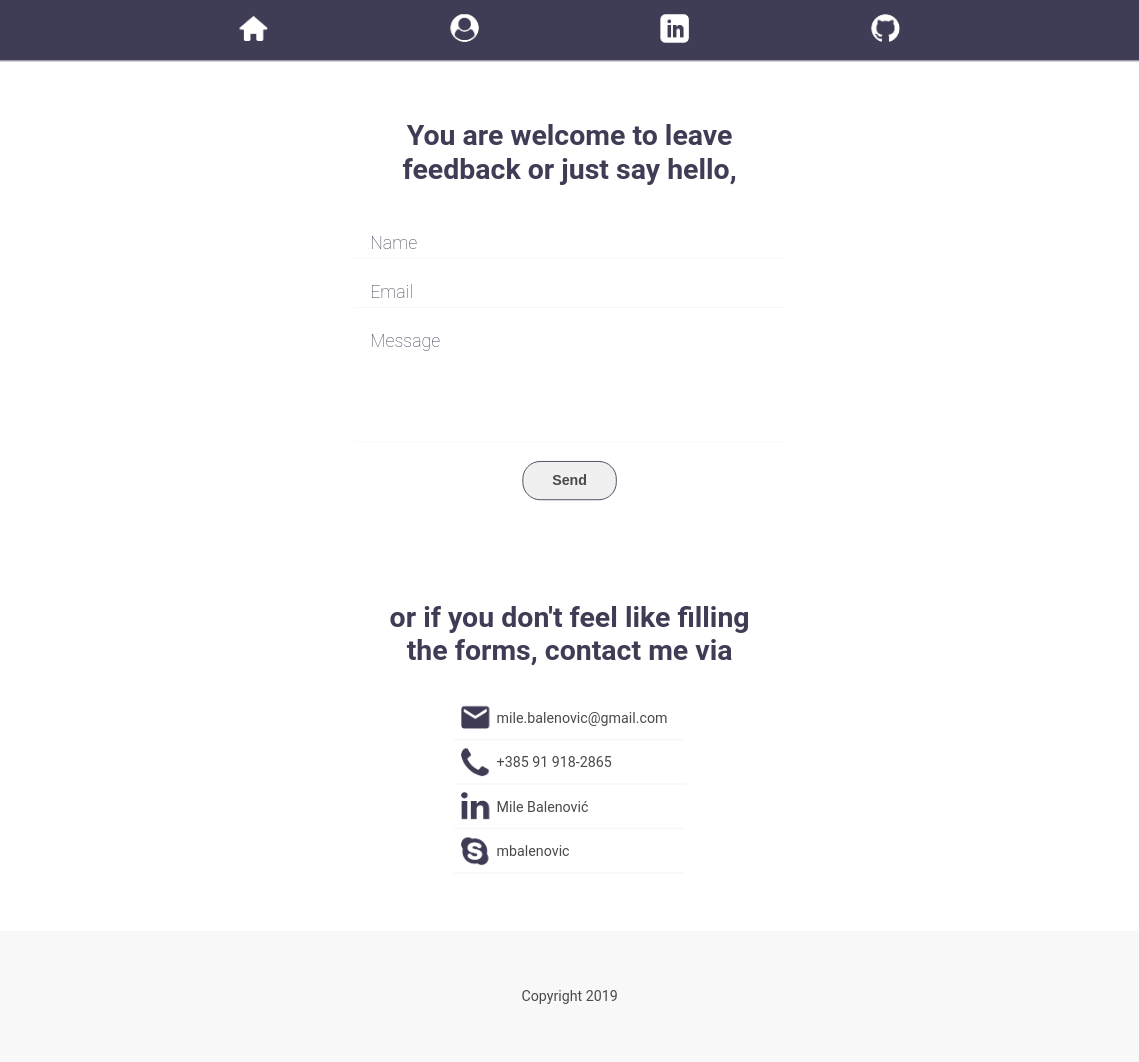
Repository: milac0/my-website
Page: /contact
The author's editor kept a copy of each file at every save. The page is drawn from the files as they stood at one save, then again after the next save.
The browser window is 1280 px wide. The pictures show the whole page, at 89% of full size.
The project was rebuilt for these pictures with package versions that can differ from the ones it lists, and the page was loaded fresh each time. Also part of the build but not shown: src/components/Hero.js, src/components/AboutMe.js, src/components/Education.js, src/components/Experience.js, src/components/Projects.js, src/components/SectionCTA.js, src/pages/Home.js. Imported but missing from the stored project, and not drawn on this page: src/resume.pdf.

Above is the page before, as saved 2019-10-24 14:38:14.

### public/index.html
<!DOCTYPE html>
<html lang="en">
  <head>
    <meta charset="utf-8" />
    <link rel="icon" href="%PUBLIC_URL%/favicon.ico" />
    <meta name="viewport" content="width=device-width, initial-scale=1" />
    <meta name="theme-color" content="#000000" />
    <meta
      name="description"
      content="Web site created using create-react-app"
    />
    <!--
      manifest.json provides metadata used when your web app is installed on a
      user's mobile device or desktop. See https://developers.google.com/web/fundamentals/web-app-manifest/
    -->
    <link rel="manifest" href="%PUBLIC_URL%/manifest.json" />
    <!--
      Notice the use of %PUBLIC_URL% in the tags above.
      It will be replaced with the URL of the `public` folder during the build.
      Only files inside the `public` folder can be referenced from the HTML.

      Unlike "/favicon.ico" or "favicon.ico", "%PUBLIC_URL%/favicon.ico" will
      work correctly both with client-side routing and a non-root public URL.
      Learn how to configure a non-root public URL by running `npm run build`.
    -->
    <title>Mile Balenovic</title>
  </head>
  <body>
    <noscript>You need to enable JavaScript to run this app.</noscript>
    <div id="root"></div>
    <!--
      This HTML file is a template.
      If you open it directly in the browser, you will see an empty page.

      You can add webfonts, meta tags, or analytics to this file.
      The build step will place the bundled scripts into the <body> tag.

      To begin the development, run `npm start` or `yarn start`.
      To create a production bundle, use `npm run build` or `yarn build`.
    -->
  </body>
</html>

### src/index.css
html, body {
  height: 100%;
}

body {
  display: flex;
  flex-direction: column;
}

body {
  margin: 0;
  font-family: 'Roboto', sans-serif;
  -webkit-font-smoothing: antialiased;
  -moz-osx-font-smoothing: grayscale;
}

/*****
  Navbar & Hero
*****/

header,
.hero {
  /* background: #1f2e3f; */
  /* background: #19427A; */
  background:#3F3D56;
  border-bottom: 0.1px solid #ffffff;
  text-align: center;
}

.hero {
  margin-bottom: 2em;
}

.container {
  width: 90%;
  max-width: 1200px;
  margin: 0 auto;
}

nav li {
  list-style: none;
  display: flex;
  justify-content: space-evenly;
  align-items: center;
}

.nav-item:hover {
  filter: invert(0.1);
}
nav ul {
  padding: 0;
}

.hero {
  margin-bottom: 2.5em;
}

.hero-profile {
  padding: 3em 0;
}

.hero-profile img {
  margin-bottom: 0.5em;
}

.hero-profile-title,
.hero-profile-subtitle {
  color: #ffffff;
}

.hero-profile h1 {
  margin: 0;
  font-size: 2rem;
}

.hero-profile p {
  font-size: 1rem;
  margin: 0;
  margin-top: -0.25rem;
  margin-bottom: 1.5em;
}

.hero-profile-subtitle strong {
  font-weight: 700;
  color: #61dafb;
}

.button-cta,
.button-home {
  /* background: #F16334; */
  background: #00AEA0;
  color: #1f2e3f;
  padding: 0.75em 2em;
  border: none;
  border-radius: 20px;
  font-size: 1rem;
  font-weight: 700;
  text-decoration: none;
}

.button-cta:hover,
.button-cta:focus {
  /* background: #ed4d1c; */
  background: #00C1B1;
  color: #1f2e3f;
  cursor: pointer;
}

.button-home {
  background: #ffffff;
  border: 2px solid #1f2e3f;
  padding: 0.3em 1em;
}

.button-home:hover,
.button-home:focus {
  border: 2px solid #ffffff;
 filter: invert(0.1);
}


/*****
  Typography
*****/

h1 {
  color: #3F3D56;
}

h2 {
  color: #3F3D56;
  font-size: 1.5rem;
  font-weight: 500;
  margin: 0;
}

p,
ul {
  color: #4a4a4a;
}

.section-skill h2 {
  color: #1F2E3F;
  font-size: 1.25rem;
  font-weight: 400;
  margin: 0;
}

.section-body {
  font-size: 1rem;
  margin-bottom: 1em;
}

#section-cta .section-title,
#section-cta .section-body {
  color: #ffffff;

}

/*****
  Layout
*****/
section {
  margin-bottom: 2.5em;
}

.section-title {
  border-bottom: 2px solid #F8F8F9;
  font-size: 2rem;
  padding-bottom: 0.5em;
}

.article-education,
.section-skill {
  box-shadow: 2px 2px #F8F8F9;
  border: 2px solid #F8F8F9;
  /* background: #fafafa; */
  margin-bottom: 1em;
  padding: 0.5em;
}

.article-education li{
  margin-bottom: 0.5em;
}

.section-skill {
  background: #F8F8F9;
  text-align: center;
}

.section-skill p {
  margin: 0;
}

.section-skill-image {
  display: block;
  margin: 0 auto 1em auto;
  width: 70%;
}

article {
  background: #F8F8F9;
  padding: 1em;
  margin-bottom: 1em;
}

article h2 {
  margin-bottom: 0.5em;
}

.project-image {
  display: block;
  width: 100%;
  cursor: pointer;
  border-left: 1px solid #19427A;
  border-bottom: 1px solid #19427A;
  border-radius: 0 0 0 5px;
}

.project-image:hover {
  filter: invert(0.1);
}


#section-cta {
  padding-bottom: 5em;
  background: #3F3D56;
}

#section-cta{
  text-align: center;
  padding: 0.5em;
}

#section-cta .button-cta {
  margin: 1em 0 2em 0;
}

footer {
  background: #F8F8F9;
  padding: 3em 0;
  width: 100%;
  text-align: center;
  flex-shrink: 0;
}

.invalid-feedback {
  color: #D8000C;
  font-size: 0.75rem;
  font-family: 'Roboto', sans-serif;
}

### src/App.js
import React from 'react';
import {
  BrowserRouter as Router,
  Switch,
  Route,
} from "react-router-dom";
import Home from './pages/Home'
import Contact from './pages/Contact';

function App() {
  return (
      <Router>
        <Switch>
        <Route path ="/" exact component={Home} />
        <Route path ="/contact" component={Contact} />
        </Switch>
      </Router>

  );
}

export default App;

### src/pages/Contact.js
import React, { Fragment } from "react";
import Navbar from "../components/Navbar";
import Footer from "../components/Footer";
import FormContact from '../components/FormContact'
import styles from "./contact.module.css";

import skypeIcon from "../images/skype.png";
import mailIcon from "../images/mail.png";
import linkedinIcon from "../images/linkedin-contact.png";
import phoneIcon from "../images/phone.png";

const Contact = () => {
  return (
    <Fragment>
      <Navbar />
      <main>
        <div className={styles.container}>
            <h1 className={styles.contactTitle}>
              You are welcome to leave feedback or just say hello,
            </h1>
          <section>
            <FormContact />
          </section>
          <section className={styles.otherContacts}>
            <h1 className={styles.contactTitle}>or if you don't feel like filling the forms, contact me via</h1>
            <ul className={styles.contacts}>
              <li>
                <a className={styles.contactItem} href="mailto:mile.balenovic@gmail.com?Subject=Hello">
                  <img src={mailIcon} alt="github" />
                  <span className={styles.contactBody}>mile.balenovic@gmail.com</span>
                </a>
              </li>
              <li>
                <a className={styles.contactItem} href="tel:00385919182865">
                  <img src={phoneIcon} alt="phone" />
                  <span className={styles.contactBody}>+385 91 918-2865</span>
                </a>
              </li>
              <li>
                <a className={styles.contactItem} href="https://www.linkedin.com/in/mile-balenovi%C4%87-a4ab9188/">
                  <img src={linkedinIcon} alt="linkedin" />
                  <span className={styles.contactBody}>Mile Balenović</span>
                </a>
              </li>
              <li>
                <a className={styles.contactItem} href="skype:mbalenovic?chat">
                  <img src={skypeIcon} alt="skype" />
                  <span className={styles.contactBody}>mbalenovic</span>
                </a>
              </li>
            </ul>
          </section>
        </div>
      </main>
      <Footer />
    </Fragment>
  );
};

export default Contact;

### src/components/Navbar.js
import React from "react";
import { Link } from "react-router-dom";

import resumeIcon from "../images/resume.png";
import linkedinIcon from "../images/linkedin.png";
import githubIcon from "../images/github.png";
import homeIcon from "../images/home.png";
import resumePdf from "../resume.pdf";

//mui
import Tooltip from "@material-ui/core/Tooltip";

const Navbar = () => {
  return (
    <header>
      <div className="container">
        <nav>
          <li>
            <ul>
              <Tooltip title="Home">
                <Link to="/">
                  <img className="nav-item" src={homeIcon} alt="home" />
                </Link>
              </Tooltip>
            </ul>
            <ul>
              <Tooltip title="Resume">
                <a href={resumePdf} download target="_self">
                  <img className="nav-item" src={resumeIcon} alt="resume" />
                </a>
              </Tooltip>
            </ul>
            <ul>
              <Tooltip title="Linkedin">
                <a href="https://www.linkedin.com/in/mile-balenovi%C4%87-a4ab9188/">
                  <img className="nav-item" src={linkedinIcon} alt="linkedin" />
                </a>
              </Tooltip>
            </ul>
            <ul>
              <Tooltip title="Github">
                <a href="https://github.com/milac0">
                  <img className="nav-item" src={githubIcon} alt="github" />
                </a>
              </Tooltip>
            </ul>
          </li>
        </nav>
      </div>
    </header>
  );
};

export default Navbar;

### src/components/Footer.js
import React from "react";

const Footer = () => {
  return (
    <footer>
      <p> Copyright 2019</p>
    </footer>
  );
};

export default Footer;

### src/components/FormContact.js
import React, { useState, Fragment } from "react";
import { Formik, Form, Field, ErrorMessage } from "formik";
import * as Yup from "yup";
import emailjs from "emailjs-com";

import styles from "./formContact.module.css";

const FormContact = ({ theme }) => {
  const [description, setDescription] = useState("");
  const [loading, setLoading] = useState(false);

  return (
    <Formik
      initialValues={{
        name: "",
        message: "",
        email: ""
      }}
      validationSchema={Yup.object().shape({
        name: Yup.string().required("Name is required"),
        message: Yup.string().required("Message is required"),
        email: Yup.string()
          .email("Email is invalid")
          .required("Email is required")
      })}
      onSubmit={({ name, message, email }, { resetForm }) => {
        setLoading(true);
        emailjs
          .send(
            "gmail_mile_balenovic",
            "template_kfALJkSq",
            { name, email, message },
            process.env.REACT_APP_API_KEY
          )
          .then(response => {
            if (response.status === 200) {
              setLoading(false);
              setDescription(`Hear you soon!`);
              resetForm();
            } else {
              setLoading(true);
              setDescription(`Something went wrong. Try contacts bellow!`);
            }
          })
          .catch(err => console.log(err));
      }}
      render={({ errors, status, touched }) => (
        <Fragment>
          <Form>
            <div className="form-group">
              <Field
                name="name"
                placeholder="Name"
                type="text"
                className={
                  "form-control" +
                  (errors.name && touched.name ? " is-invalid" : "")
                }
              />
              <ErrorMessage
                name="name"
                component="div"
                className="invalid-feedback"
              />
            </div>
            <div className="form-group">
              <Field
                name="email"
                placeholder="Email"
                type="text"
                className={
                  "form-control" +
                  (errors.email && touched.email ? " is-invalid" : "")
                }
              />
              <ErrorMessage
                name="email"
                component="div"
                className="invalid-feedback"
              />
            </div>
            <div className="form-group">
              <Field
                name="message"
                placeholder="Message"
                type="text"
                component="textarea"
                rows="5"
                className={
                  "form-control" +
                  (errors.message && touched.message ? " is-invalid" : "")
                }
              />
              <ErrorMessage
                name="message"
                component="div"
                className="invalid-feedback"
              />
            </div>

            <div className="form-group">
              <button type="submit" className={styles.buttonSubmit}>
                {loading ? "Sending..." : "Send"}
              </button>
            </div>
          </Form>
          <p className={styles.description}>{description}</p>
        </Fragment>
      )}
    />
  );
};
export default FormContact;

### src/pages/contact.module.css
span {
    color: #4a4a4a;
    font-size: 1rem;
}

.container {
    width: 90%;
    max-width: 560px;
    margin: 0 auto;
    text-align: center;
}

.contacts {
    list-style: none;
    padding-left: 0;
    width: 260px;
    margin: 0 auto 4em auto;
}

.contactItem {
    text-decoration: none;
    padding: 0.5em;
    display: flex;
    justify-content: flex-start;
    align-items: center;
    border-bottom: 2px solid #F8F8F9;
}

.contactTitle {
    margin: 2em;
    margin-bottom: 1em;
}

.contactBody {
    padding: 0 0.5em;
}

.otherContacts .contactTitle {
    margin-top: 3em;
    font-size: 2rem;
}

### src/components/formContact.module.css
.buttonSubmit {
  position: relative;
  margin: 1em;
  border-radius: 5px;
  background: #f0f0f0;
  color: #4a4a4a;
  padding: 0.75em 2em;
  border: 1px solid #3f3d56;
  border-radius: 20px;
  font-size: 1rem;
  font-weight: 700;
  text-decoration: none;
}

.buttonSubmit:hover,
.buttonSubmit:focus {
  color: #ffffff;
  cursor: pointer;
  background: #3f3d56;
}

input,
textarea {
  max-width: 480px;
  width: 80%;
  display: block;
  padding: 1em;
  padding-bottom: 0.25em;
  margin: 0.25em auto;
  border: none;
  border-bottom: 1px solid #F8F8F9;
  resize: none;
}

input[type="text"],
textarea[type="text"] {
  color: #3F3D56;
  font-size: 1.25rem;
  font-weight: 400;
  font-family: "Roboto", sans-serif;
}

input::placeholder,
textarea::placeholder {
  color: #3F3D56;
  font-size: 1.25rem;
  font-weight: 200;
  font-family: "Roboto", sans-serif;
}

.description {
  color: #3F3D56;
  font-size: 1.25rem;
  font-weight: 700;
  margin: 0;
}

.progress {
  position: absolute;
  background: #ffffff;
}

Loaded but not shown: src/index.js (common file)

After the next save:
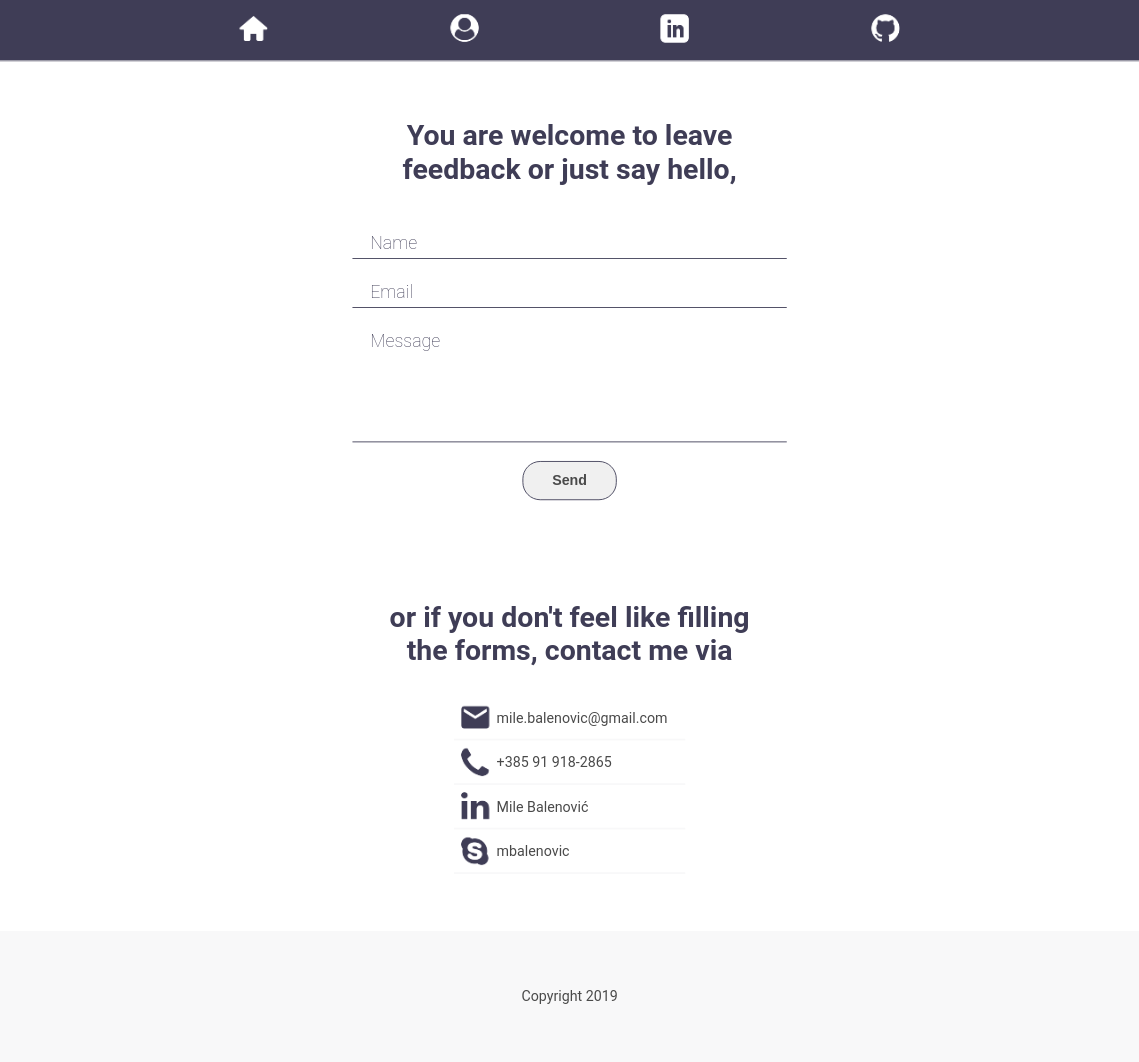
Saved 14 s later.
--- a/src/components/formContact.module.css
+++ b/src/components/formContact.module.css
@@ -28,7 +28,7 @@ textarea {
   padding-bottom: 0.25em;
   margin: 0.25em auto;
   border: none;
-  border-bottom: 1px solid #F8F8F9;
+  border-bottom: 1px solid #3F3D56;
   resize: none;
 }
 
